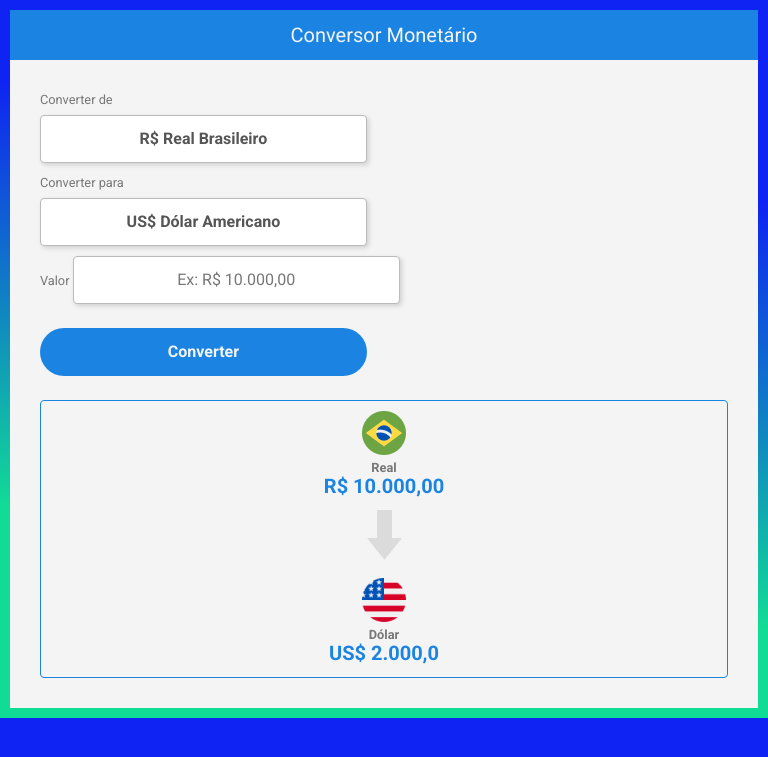
Repository: isayrous/coin-converter
Page: index.html
An editor plug-in stored every save of this project. The page is shown before and after the next save, followed by the edit.
The browser window is 768 px wide. The pictures show the whole page.

Above is the page before, as saved 2022-11-02 23:40:22.

After the next save:
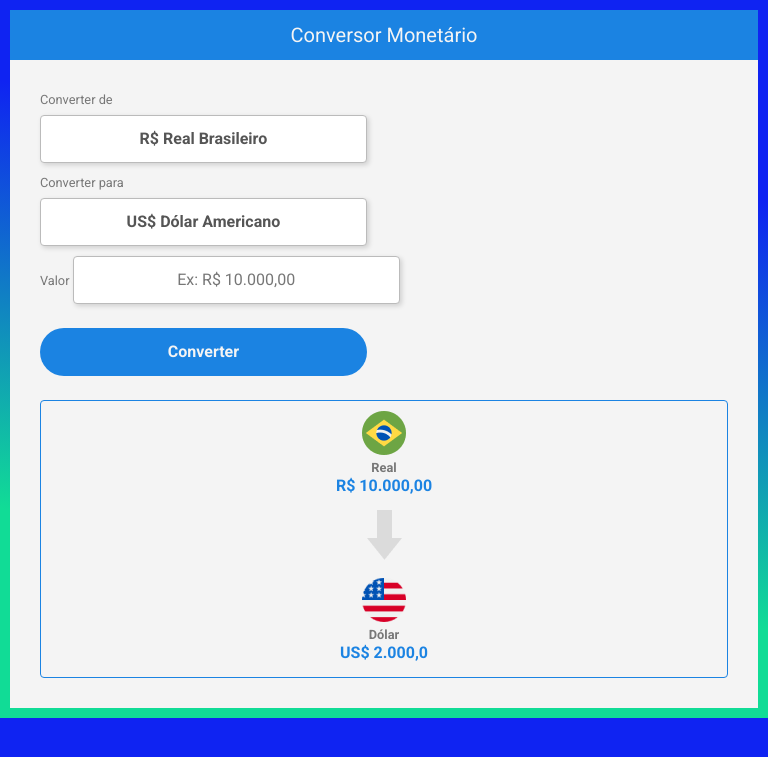
Saved 68 s later.
--- a/style.css
+++ b/style.css
@@ -174,10 +174,7 @@ input::placeholder{color: #777777;
     }
 
     .value {
-        color: #1B83E2;
-        font-weight: 700;
-        font-size: 20px;
-        margin-bottom: 15px;
+        font-size: 1rem;
     }
 
     input::placeholder{color: #777777;
